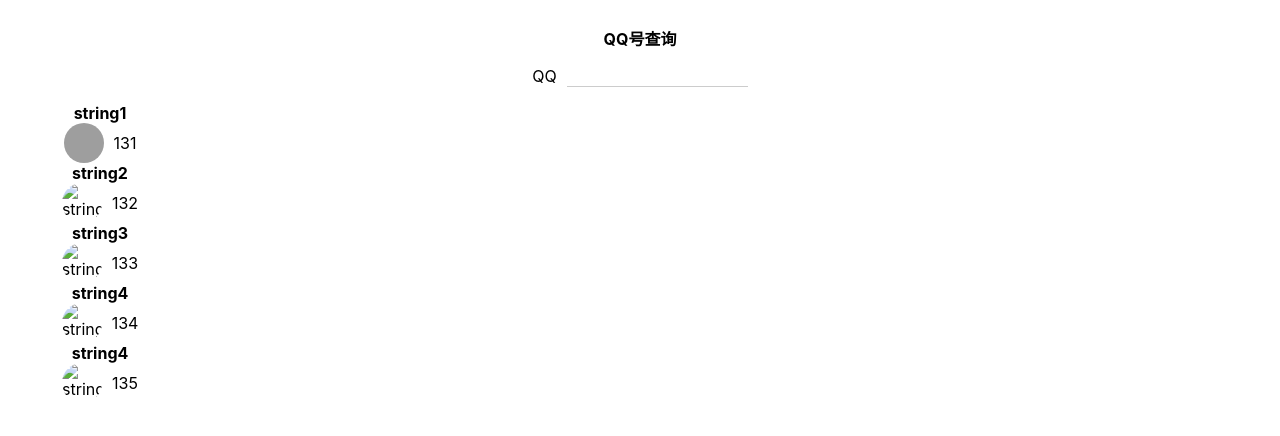
Repository: bobetax-byte/yinhao_tasks
Page: /
The author's editor kept a copy of each file at every save. The page is drawn from the files as they stood at one save, then again after the next save.
The browser window is 1280 px wide. The pictures show the whole page.
Pictures or frames that could not be fetched are drawn as grey boxes. The project was rebuilt for these pictures with package versions that can differ from the ones it lists, and the page was loaded fresh each time. Also part of the build but not shown: vite.config.ts.

Above is the page before, as saved 2022-04-18 17:17:57.

### src/App.tsx
import { useState } from 'react'
import logo from './logo.svg'
import './App.css'
import SearchQQ from './components/SearchQQ/SearchQQ'

function App() {
  const [count, setCount] = useState(0)

  return (
    <div className="App">
      <SearchQQ></SearchQQ>
    </div>
  )
}

export default App

### src/components/SearchQQ/SearchQQ.tsx
import { useState } from 'react'

import getData from '../../request';
import { debounce, throttle } from 'lodash'

import './index.scss'

interface QQItem {
  qq: number,
  name: string,
  qlogo?: string
}

const mock = [{
  qq: 131,
  name: 'string1',
  qlogo:"http:\/\/qlogo2.store.qq.com\/qzone\/774740085\/774740085\/100"
},{
  qq: 132,
  name: 'string2',
},{
  qq: 133,
  name: 'string3',
},{
  qq: 134,
  name: 'string4',
},{
  qq: 135,
  name: 'string4',
},]

// 请求链接
const QUERYQQ = "https://api.uomg.com/api/qq.info";

function SearchQQ() {
  const [qqnum, setQQnum] = useState("");
  let [qqlist, updateQQlist] = useState(mock);
  let getQQDetail = debounce(async (qq: number): Promise<QQItem | void> => {
    console.log("dasdas")
    // let { code, name, qlogo } = await getData(QUERYQQ, {
    //   qq
    // })
    // if (code !== 1) {
    //   // return new Error("error")
    // };
    // let result = {
    //   qq, name, qlogo
    // }
    // qqlist.push(result);
  },1000)

  function handleInputChange(e:any) {
    const { value } = e.target;
    // value 只接受number
    let result = value.replace(/\D/g, "")
    // TODO 防抖
    setQQnum(result)
    getQQDetail(result)
  }
  return (
    <div className="search-qq-container">
      <h3 className="search-qq-title">QQ号查询</h3>
      <div className="search-info">
        <span>QQ</span>
        <input type="text" value={qqnum} onChange={handleInputChange} />
      </div>
      <div className="search-result">
        <ul className='search-list'>{
          qqlist.map((item:QQItem) => {
            return (
              <li key={item.qq} className="search-item">
                <h4>{item.name}</h4>
                <div className="desc">
                  <img src={item.qlogo} alt={ item.name} />
                  <span>{item.qq}</span>
                </div>
              </li>
            )
          })
        }
        </ul>
      </div>
    </div>
  )
}

export default SearchQQ;

### src/components/SearchQQ/index.scss
.search-qq-container {
  display: flex;
  flex-direction: column;
  margin:10px;
  .search-qq-title {
    font-size: 16px;
  }
  .search-info {
    input {
      outline: none;
      border: none;
      border-bottom: 1px solid #ccc;
      margin-left: 10px;
    }
  }
  .search-result{
    width: 140px;
    li {
      display: flex;
      align-items: center;
      flex-direction: column;
      h4{
        line-height: 20px;
        margin: 0;
      }
      .desc{
        flex:1;
        display: flex;
        align-items: center;
        img{
          width: 40px;
          height: 40px;
          border-radius: 50%;
          overflow: hidden;
          margin-right: 10px;
        }
      }
    }
  }
}

ul,li {
  list-style-type: none;
}

Loaded but not shown: index.html (common file); src/main.tsx (common file); src/index.css (common file); src/App.css (common file)

After the next save:
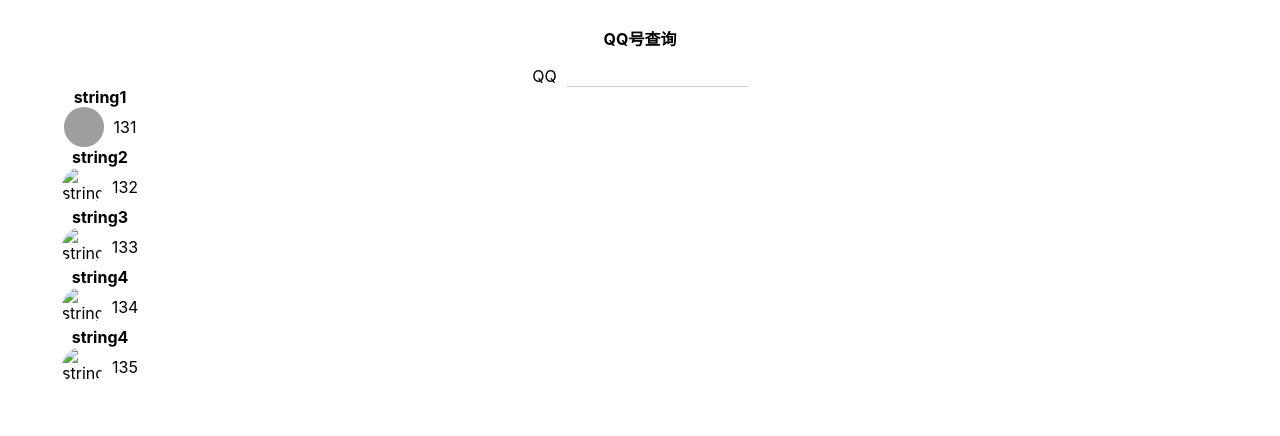
Saved 21 s later.
--- a/src/components/SearchQQ/index.scss
+++ b/src/components/SearchQQ/index.scss
@@ -15,6 +15,9 @@
   }
   .search-result{
     width: 140px;
+    .search-list {
+      margin: 0;
+    }
     li {
       display: flex;
       align-items: center;
